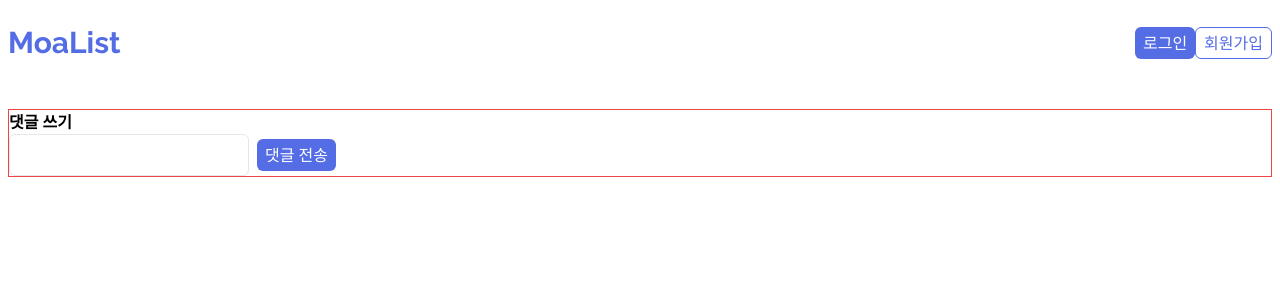
Repository: wisdomshin/moa-list
Page: /comment/new
An editor plug-in stored every save of this project. The page is shown before and after the next save, followed by the edit.
The browser window is 1280 px wide. The pictures show the whole page.
The page's requests for data from a server got no answer. The project was rebuilt for these pictures with package versions that can differ from the ones it lists, and the page was loaded fresh each time. The framework's server and built-in components were replaced by stand-ins that run in the browser. No one was signed in, and anything a server would have sent is missing. Also part of the build but not shown: next.config.mjs, components/layout/LogoutBtn.js.

Above is the page before, as saved 2024-02-21 00:24:19.

After the next save:
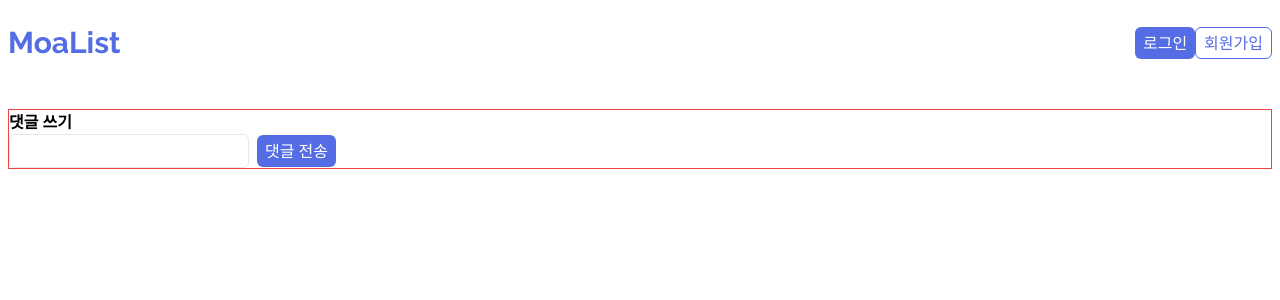
Saved 4 s later.
--- a/app/comment/new/page.js
+++ b/app/comment/new/page.js
@@ -2,7 +2,7 @@ export default function CommentWrite() {
   return (
     <section className='border border-red-500'>
       <b className='block'>댓글 쓰기</b>
-      <input type='text' className='p-2 mr-2 border rounded-md w-60' />
+      <input type='text' className='p-1 mr-2 border rounded-md w-60' />
       <button className='px-2 py-1 rounded-md bg-[#546de5] text-white'>
         댓글 전송
       </button>
